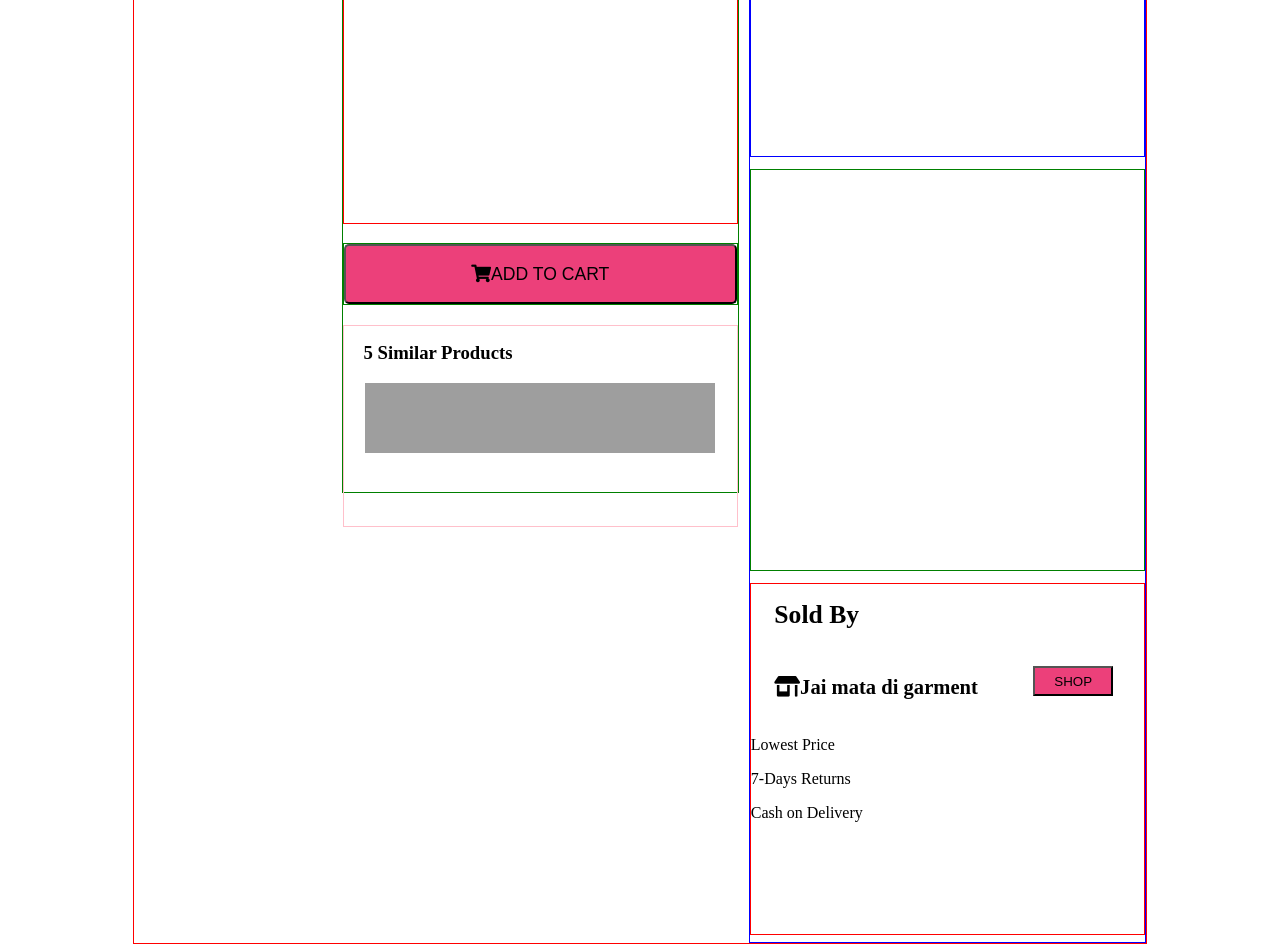
Repository: deepakxxxx/meesho
Page: catelog.html
The author's editor kept a copy of each file at every save. The page is drawn from the files as they stood at one save, then again after the next save.
The browser window is 1280 px wide. The pictures show the part of the page from y = 419 to 1371 px (the page is 1371 px tall).
Pictures or frames that could not be fetched are drawn as grey boxes. A picture or video elsewhere on the page could not be fetched, so the positions and the page height are approximate.

Above is the page before, as saved 2021-11-06 17:50:04.

### catelog.html
<!DOCTYPE html>
<html lang="en">
<head>
    <meta charset="UTF-8">
    <meta http-equiv="X-UA-Compatible" content="IE=edge">
    <meta name="viewport" content="width=device-width, initial-scale=1.0">
    <link rel="stylesheet" href="https://use.fontawesome.com/releases/v5.15.4/css/all.css" integrity="sha384-DyZ88mC6Up2uqS4h/KRgHuoeGwBcD4Ng9SiP4dIRy0EXTlnuz47vAwmeGwVChigm" crossorigin="anonymous">
    <title>Document</title>
</head>
<style>
      #main{
        width: 100%;
        height: 136px;
        border: 1px solid white;
        margin: auto;
        /* position: fixed; */
    }
    #top{
        width: 100%;
        height: 70px;
        /* border: 1px solid red; */
        display: flex;

    }
    #left{
        display: flex;
        width: 55%;
    }
    #meesho{
      text-decoration: none;
      font-size: 50px;
      color: #F06292;
      font-weight: bold;
      margin-left: 25%;
      margin-top: 1%;
      /* margin-right: 0px; */
    }
    #search{
        /* margin-left: 30%; */
        height: 60px;
        width: 400px;
        border-radius: 6px;
        margin-top: 1%;
        /* margin-left: 0px; */
        border: 1px solid #BDBDBD;
        font-size: 90%;
        /* margin-right: 60%; */
    }
    #right{
        display: flex;
        list-style-type: none;
        column-gap: 30px;

    }
    #rightmain{
        width: 45%;
        margin-right: 6%;
        /* margin-top: 9px; */
    }
    #app{
        text-decoration: none;
        margin-left: 10px;
        margin-top: 9px;
        font-size: 103%;
        color: black;
    }
    #supp{
        text-decoration: none;
        margin-top: 9px;
        font-size: 103%;
        color: black;
    }
    #profile{
        text-decoration: none;
        font-size: 103%;
        color: black;
    }
    #cart{
        text-decoration: none;
        font-size: 103%;
        color: black;
    }
    #app:hover{
        color: #EC407A;
        text-decoration: underline;
    }
    #profile:hover{
        color: #EC407A;
        text-decoration: underline;
    }
    .line1{
        height: 30px;
    }
    .line2{
        color: #BDBDBD;
    }
    #heading
    {
        width: 73%;
        margin:  5% auto auto auto ;
        display: grid;
        grid-template-columns: 23% 54% 23%;
        padding: 1%;
        position: sticky;
    }
    #topic{
        margin-top:-15px;
        text-align: center;
    }
    #collection{
        display: flex;
        margin-left: 2%;
        list-style-type: none;
        font-size: 105%;
        column-gap: 63px;

    }
    ul > a{
        text-decoration: none;
        color: black;
    }
    ul > a :hover{
        color: #EC407A;
        /* text-decoration: underline; */
    }
    #container{
        width: 80%;
        border: 1px solid red;
        margin: auto;
        display: flex;
        margin-top: 1%;
        column-gap: 1%;
    }
    #smallImg{
        width: 20%;
        /* border: 1px solid blue; */
        height: 300px;
    }
    #bigImg{
        width: 40%;
        border: 1px solid green;
        height: 750px;
    }
    #descr{
        width: 40%;
        border: 1px solid blue;
        height: 1200px;
    }
    .product_sneek_peek{
        width: 70px;
        height: 70px;
        border: 1px solid red;
        margin-left: 69%;
        border-radius: 5px;
    }
    #imgDi{
        width: 99.5%;
        height: 480px;
        border: 1px solid red;
    }
    #addto{
        width: 99.5%;
        height: 60px;
        border: 1px solid green;
        margin-top: 5%;
    }
    #addto > button{
        width: 100%;
        height: 100%;
        background-color: #EC407A;
        font-size: 110%;
        border-radius: 5px;
    }
    #similar{
        width: 99.5%;
        height: 200px;
        border: 1px solid pink;
        margin-top: 5%;
    }
    #deta{
        width: 99.5%;
        height: 200px;
        border: 1px solid red;
    }
    #sizes{
        width: 99.5%;
        height: 200px;
        border: 1px solid blue;
        margin-top: 3%;
    }
    #infor{
        width: 99.5%;
        height: 400px;
        border: 1px solid green;
        margin-top: 3%;
    }
    #deler{
        width: 99.5%;
        height: 350px;
        border: 1px solid red;
        margin-top: 3%;
    }
    #similar > h3{
        margin-left: 5%;
        margin-top: 4%;
    }
    #simimg{
        display: flex;
        justify-content: center;
    }
    #simimg > img{
        width: 70px;
        height: 70px;
    }
    #deler > h3{
        margin-top: 4%;
        margin-left: 6%;
        font-size: 160%;
    }
    #sho{
        display: flex;
        margin-left: 6%;
        column-gap: 15%;
        font-size: 110%;
    }
    #sho > button{
        width: 80px;
        height: 30px;
        margin-top: 3%;
        background-color: #EC407A;
    }
    #SHO1{
        display: flex;
        margin-left: 6%;
        column-gap: 3%;
    }
</style>
<body>
    <div id="main">

        <div id="top">
            <div id="left">
             <span><a href="" id="meesho"><img src="https://cdn.hevodata.com/customer/logo/8c76f62bd88177a78bb6e2810a244446.png" alt="" rel = "icon" width="40%"></span></a>
             <span><input type="search" id="search" placeholder="Try Saree,Kurti or Search by Product Code"> </span>
            </div>
            <div id="rightmain">
                <ul id="right">
                    <div id="app">
                      <li><a href="" id="app"><i class="fas fa-mobile-alt"></i></a><a href="" id="app">Download App</a></li>

                    </div>
                    <hr class="line1">
                    <div id="supp">
                      <li><a href="" id="supp">Become a Supplier</a></li>

                    </div>
                    <hr class="line1">
                    <div>
                       <a href="" id="profile"><i class="far fa-user"></i></a>
                      <li><a href="" id="profile">Profile</a></li>
                    </div>

                    <hr class="line1">
                    <div>
                      <a href="" id="cart"><i class="fas fa-shopping-cart"></i></a>
                      <li><a href="" id="cart">Cart</a></li></li>
                    </div>

                </ul>
            </div>
        </div>

        <hr class="line2">
        <div id="secondLine">
        <ul id="collection">
            <a href="" class="same"><li>Women Ethnic</li></a>

            <a href="" class="same"><li>Women Western</li></a>

            <a href="" class="same"><li>Jewellery & Accessories</li></a>
            <a href="" class="same"><li>Men</li></a>
            <a href="" class="same"><li>Beauty & Health</li></a>
            <a href="" class="same"><li>Bags & Footwear</li></a>
            <a href="" class="same"><li>Home & Kitchen</li></a>
            <a href="" class="same"><li>Kids</li></a>
            <a href="" class="same"><li>Electronics</li></a>
        </ul>
      </div>
      <hr class="line2">
    </div>

    <div id="container">
        <div id="smallImg">
            <div class="product_sneek_peek">

            </div>
        </div>
        <div id="bigImg">
            <div id="imgDi">

            </div>
            <div id="addto">
                <button><i class="fas fa-shopping-cart"></i>ADD TO CART</button>
            </div>
            <div id="similar">
            <h3>5 Similar Products</h3>
            <div id="simimg">
                <img src="https://images.meesho.com/images/products/59272960/fddtp_512.jpg"/>
                <img src="https://images.meesho.com/images/products/59272964/a4l8y_512.jpg"/>
                <img src="https://images.meesho.com/images/products/59272962/azz7k_512.jpg"/>
                <img src="https://images.meesho.com/images/products/59272963/a5qjv_512.jpg"/>
                <img src="https://images.meesho.com/images/products/59272961/mx9tt_512.jpg"/>
            </div>
            </div>
        </div>
        <div id="descr">
            <div id="deta"></div>
            <div id="sizes"></div>
            <div id="infor"></div>
            <div id="deler">
                <h3>Sold By</h3>
                <div id="sho">
                    <h3><i class="fas fa-store-alt"></i>Jai mata di garment</h3>
                    <button>SHOP</button>
                </div>
                <div id="sho1">
                <p>Lowest Price</p>
                <p>7-Days Returns</p>
                <p>Cash on Delivery</p>
                </div>

            </div>
        </div>
    </div>
</body>
</html>

After the next save:
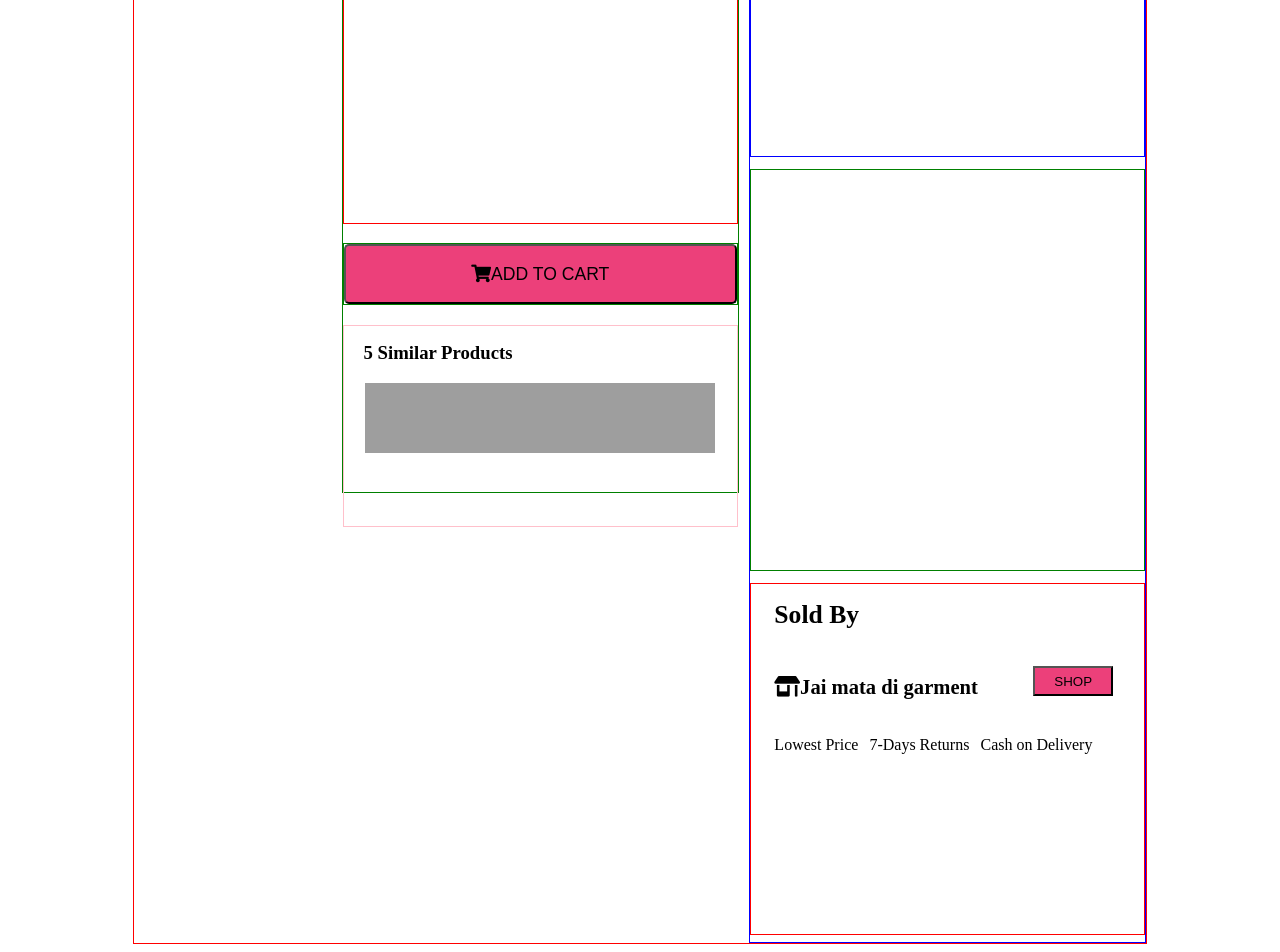
Saved 9 s later.
--- a/catelog.html
+++ b/catelog.html
@@ -229,7 +229,7 @@
         margin-top: 3%;
         background-color: #EC407A;
     }
-    #SHO1{
+    #sho1{
         display: flex;
         margin-left: 6%;
         column-gap: 3%;
